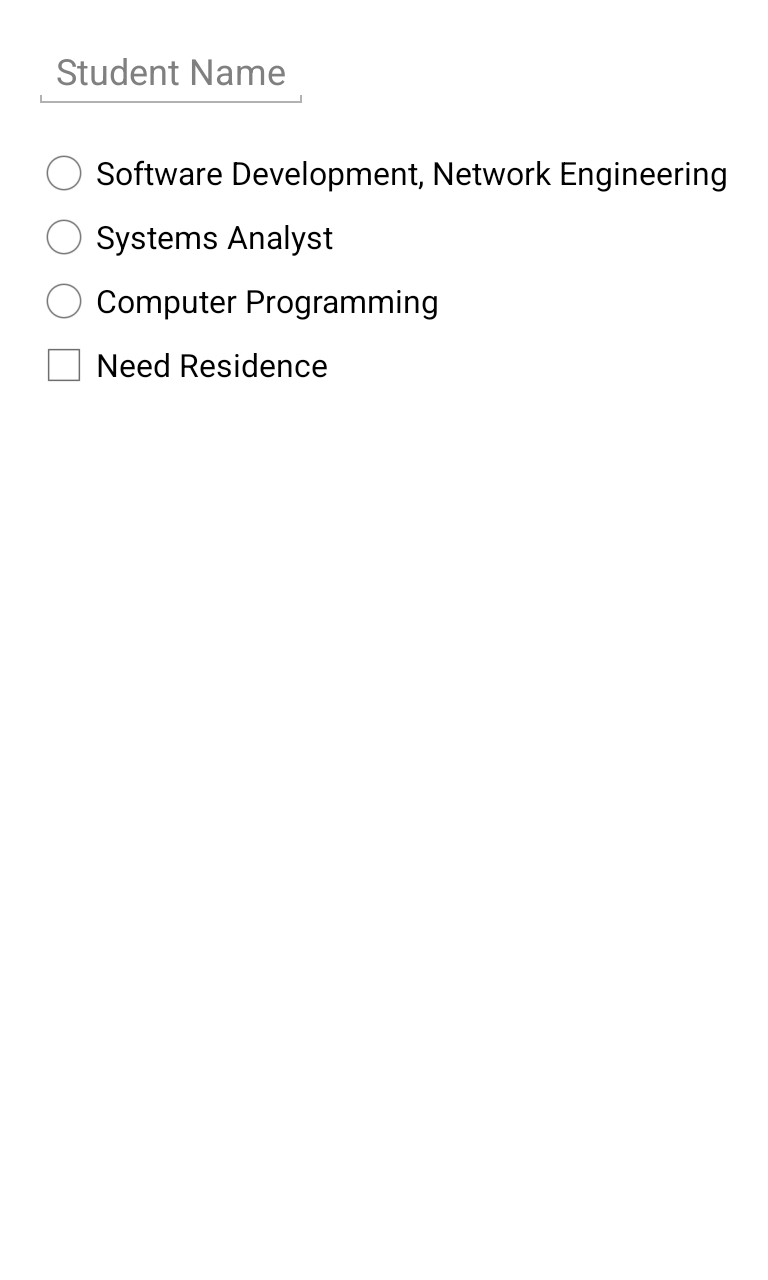
Repository: ericMedeiros93/Android-Dev
Layout: StudentInfo/res/layout/activity_main.xml
These files come from the project's save history. The layout is drawn as it stood at one moment and after the next save; the edit follows.
It is drawn on a 768 x 1280 px phone screen (xhdpi) without system bars, with theme AppTheme; the app's code is not run.

Above is the layout before, as saved 2014-10-08 15:51:43.

After the next save:
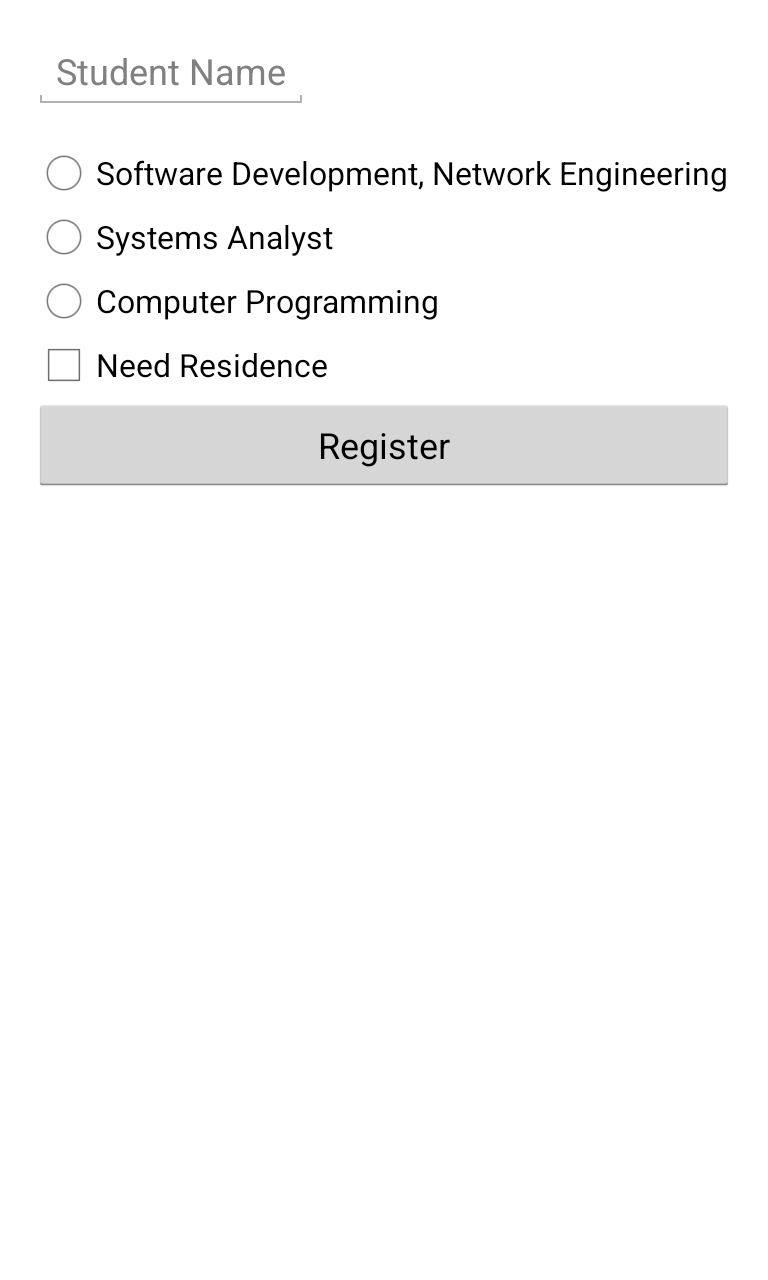
Saved 12 s later.
--- a/StudentInfo/res/layout/activity_main.xml
+++ b/StudentInfo/res/layout/activity_main.xml
@@ -48,4 +48,11 @@
         android:layout_width="match_parent"
         android:layout_height="wrap_content"
         android:text="@string/need_residence"/>
+
+    <Button
+        android:layout_width="match_parent"
+        android:layout_height="wrap_content"
+        android:text="@string/register"
+        />
+
 </LinearLayout>
